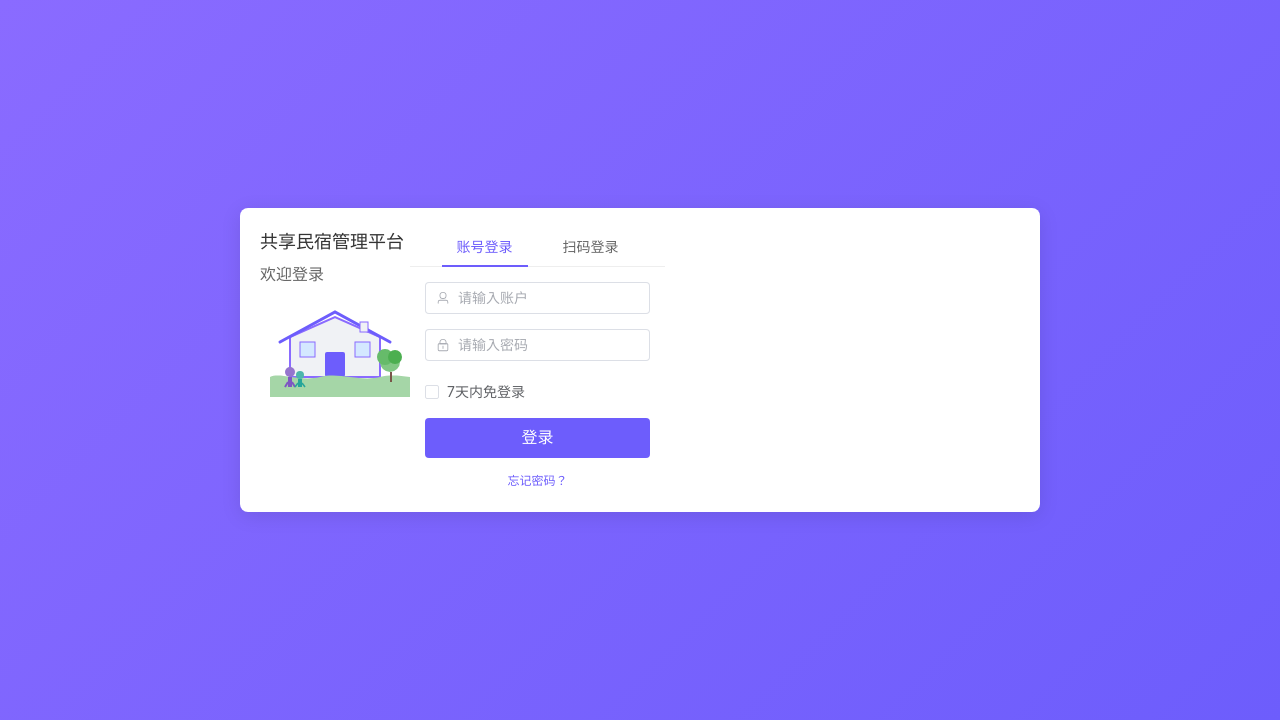
Repository: wuyuwuqi/admin_front
Page: /
An editor plug-in stored every save of this project. The page is shown before and after the next save, followed by the edit.
The browser window is 1280 px wide. The pictures show the whole page.
The project was rebuilt for these pictures with package versions that can differ from the ones it lists, and the page was loaded fresh each time. Also part of the build but not shown: vite.config.js, src/components/HelloWorld.vue, src/components/WelcomeItem.vue, src/components/icons/IconDocumentation.vue, src/components/icons/IconTooling.vue, src/components/icons/IconEcosystem.vue, src/components/icons/IconCommunity.vue, src/components/icons/IconSupport.vue and 1 more.

Above is the page before, as saved 2025-03-25 19:34:57.

### index.html
<!DOCTYPE html>
<html lang="">
  <head>
    <meta charset="UTF-8">
    <link rel="icon" href="/favicon.ico">
    <meta name="viewport" content="width=device-width, initial-scale=1.0">
    <title>共享民宿管理系统</title>
  </head>
  <body>
    <div id="app"></div>
    <script type="module" src="/src/main.js"></script>
  </body>
</html>

### src/main.js
import './assets/main.css'

import 'element-plus/dist/index.css'
import * as ElementPlusIconsVue from '@element-plus/icons-vue'

import { createApp } from 'vue'
import App from './App.vue'
import router from './router'

const app = createApp(App)

// 注册图标
for (const [key, component] of Object.entries(ElementPlusIconsVue)) {
    app.component(key, component)
}

app.use(router)
app.mount('#app')

### src/components/layout/AdminLayout.vue
<template>
  <div class="admin-layout">
    <!-- 左侧导航栏 -->
    <div class="sidebar">
      <div class="logo-container">
        <h2 class="logo-text">共享民宿管理后台</h2>
      </div>
      <el-menu
        class="sidebar-menu"
        background-color="#304156"
        text-color="#fff"
        active-text-color="#409EFF"
        :default-active="activeMenu"
        router
      >
        <el-menu-item index="/">
          <el-icon><HomeFilled /></el-icon>
          <span>首页</span>
        </el-menu-item>
        <el-menu-item index="/order">
          <el-icon><Tickets /></el-icon>
          <span>订单管理</span>
        </el-menu-item>
        <el-menu-item index="/house">
          <el-icon><House /></el-icon>
          <span>民宿管理</span>
        </el-menu-item>
        <el-menu-item index="/finance">
          <el-icon><Money /></el-icon>
          <span>财务管理</span>
        </el-menu-item>
        <el-menu-item index="/user">
          <el-icon><User /></el-icon>
          <span>用户管理</span>
        </el-menu-item>
        <el-menu-item index="/setting">
          <el-icon><Setting /></el-icon>
          <span>系统设置</span>
        </el-menu-item>
      </el-menu>
    </div>

    <!-- 右侧内容区 -->
    <div class="main-content">
      <!-- 顶部导航栏 -->
      <div class="header">
        <div class="toggle-sidebar">
          <el-icon><Fold /></el-icon>
        </div>
        <div class="header-right">
          <el-dropdown>
            <span class="user-info">
              <el-avatar :size="32" :icon="UserFilled" />
              <span>{{ username }}</span>
            </span>
            <template #dropdown>
              <el-dropdown-menu>
                <el-dropdown-item>个人信息</el-dropdown-item>
                <el-dropdown-item>修改密码</el-dropdown-item>
                <el-dropdown-item divided @click="handleLogout">退出登录</el-dropdown-item>
              </el-dropdown-menu>
            </template>
          </el-dropdown>
        </div>
      </div>

      <!-- 内容区域 -->
      <div class="content">
        <slot></slot>
      </div>
    </div>
  </div>
</template>

<script setup>
import { ref } from 'vue'
import { useRouter } from 'vue-router'
import { HomeFilled, Tickets, House, Money, User, Setting, Fold, UserFilled } from '@element-plus/icons-vue'

const router = useRouter()
const activeMenu = ref('/')
const username = ref('admin')

const handleLogout = () => {
  // 清除登录状态
  localStorage.removeItem('isAuthenticated')
  // 跳转到登录页
  router.push('/login')
}
</script>

<style scoped>
.admin-layout {
  display: flex;
  height: 100vh;
  width: 100%;
  overflow: hidden;
}

.sidebar {
  width: 220px;
  height: 100%;
  background-color: #304156;
  transition: width 0.3s;
  overflow-y: auto;
}

.logo-container {
  height: 60px;
  display: flex;
  align-items: center;
  justify-content: center;
  color: #fff;
  border-bottom: 1px solid #1f2d3d;
}

.logo-text {
  margin: 0;
  font-size: 16px;
  font-weight: bold;
}

.sidebar-menu {
  border-right: none;
}

.main-content {
  flex: 1;
  display: flex;
  flex-direction: column;
  overflow: hidden;
}

.header {
  height: 60px;
  background-color: #fff;
  box-shadow: 0 1px 4px rgba(0, 21, 41, 0.08);
  display: flex;
  align-items: center;
  justify-content: space-between;
  padding: 0 20px;
}

.toggle-sidebar {
  font-size: 20px;
  cursor: pointer;
}

.header-right {
  display: flex;
  align-items: center;
}

.user-info {
  display: flex;
  align-items: center;
  cursor: pointer;
}

.user-info span {
  margin-left: 8px;
}

.content {
  flex: 1;
  padding: 20px;
  overflow-y: auto;
  background-color: #f0f2f5;
}
</style>

### src/assets/main.css
@import './base.css';

#app {
  width: 100%;
  height: 100%;
  margin: 0;
  padding: 0;
  font-weight: normal;
}

a,
.green {
  text-decoration: none;
  color: hsla(160, 100%, 37%, 1);
  transition: 0.4s;
  padding: 3px;
}

@media (hover: hover) {
  a:hover {
    background-color: hsla(160, 100%, 37%, 0.2);
  }
}

@media (min-width: 1024px) {
  body {
    display: block;
  }

  #app {
    display: block;
    width: 100%;
    height: 100vh;
    padding: 0;
  }
}

### src/App.vue
<script setup>
import { computed } from 'vue'
import { useRoute } from 'vue-router'
import AdminLayout from './components/layout/AdminLayout.vue'

const route = useRoute()
const isLoginPage = computed(() => route.name === 'Login')
</script>

<template>
  <!-- 登录页不使用AdminLayout布局 -->
  <template v-if="isLoginPage">
    <router-view />
  </template>
  <AdminLayout v-else>
    <router-view />
  </AdminLayout>
</template>

<style scoped>
header {
  line-height: 1.5;
}

.logo {
  display: block;
  margin: 0 auto 2rem;
}

@media (min-width: 1024px) {
  header {
    display: flex;
    place-items: center;
    padding-right: calc(var(--section-gap) / 2);
  }

  .logo {
    margin: 0 2rem 0 0;
  }

  header .wrapper {
    display: flex;
    place-items: flex-start;
    flex-wrap: wrap;
  }
}
</style>

### src/router/index.js
import { createRouter, createWebHistory } from 'vue-router'

const routes = [
  {
    path: '/login',
    name: 'Login',
    component: () => import('../views/Login.vue'),
    meta: { requiresAuth: false }
  },
  {
    path: '/',
    name: 'Dashboard',
    component: () => import('../views/Dashboard.vue'),
    meta: { requiresAuth: true }
  },
  {
    path: '/order',
    name: 'Order',
    component: () => import('../views/Order.vue'),
    meta: { requiresAuth: true }
  },
  {
    path: '/house',
    name: 'House',
    component: () => import('../views/House.vue'),
    meta: { requiresAuth: true }
  },
  {
    path: '/finance',
    name: 'Finance',
    component: () => import('../views/Finance.vue'),
    meta: { requiresAuth: true }
  },
  {
    path: '/user',
    name: 'User',
    component: () => import('../views/User.vue'),
    meta: { requiresAuth: true }
  },
  {
    path: '/setting',
    name: 'Setting',
    component: () => import('../views/Setting.vue'),
    meta: { requiresAuth: true }
  }
]

const router = createRouter({
  history: createWebHistory(),
  routes
})

// 路由守卫
router.beforeEach((to, from, next) => {
  // 模拟检查是否已登录
  const isAuthenticated = localStorage.getItem('isAuthenticated')

  // 如果路由需要认证且用户未登录，则重定向到登录页
  if (to.meta.requiresAuth && !isAuthenticated) {
    next({ name: 'Login' })
  } else {
    next()
  }
})

export default router

### src/assets/base.css
/* color palette from <https://github.com/vuejs/theme> */
:root {
  --vt-c-white: #ffffff;
  --vt-c-white-soft: #f8f8f8;
  --vt-c-white-mute: #f2f2f2;

  --vt-c-black: #181818;
  --vt-c-black-soft: #222222;
  --vt-c-black-mute: #282828;

  --vt-c-indigo: #2c3e50;

  --vt-c-divider-light-1: rgba(60, 60, 60, 0.29);
  --vt-c-divider-light-2: rgba(60, 60, 60, 0.12);
  --vt-c-divider-dark-1: rgba(84, 84, 84, 0.65);
  --vt-c-divider-dark-2: rgba(84, 84, 84, 0.48);

  --vt-c-text-light-1: var(--vt-c-indigo);
  --vt-c-text-light-2: rgba(60, 60, 60, 0.66);
  --vt-c-text-dark-1: var(--vt-c-white);
  --vt-c-text-dark-2: rgba(235, 235, 235, 0.64);
}

/* semantic color variables for this project */
:root {
  --color-background: var(--vt-c-white);
  --color-background-soft: var(--vt-c-white-soft);
  --color-background-mute: var(--vt-c-white-mute);

  --color-border: var(--vt-c-divider-light-2);
  --color-border-hover: var(--vt-c-divider-light-1);

  --color-heading: var(--vt-c-text-light-1);
  --color-text: var(--vt-c-text-light-1);

  --section-gap: 160px;
}

@media (prefers-color-scheme: dark) {
  :root {
    --color-background: var(--vt-c-black);
    --color-background-soft: var(--vt-c-black-soft);
    --color-background-mute: var(--vt-c-black-mute);

    --color-border: var(--vt-c-divider-dark-2);
    --color-border-hover: var(--vt-c-divider-dark-1);

    --color-heading: var(--vt-c-text-dark-1);
    --color-text: var(--vt-c-text-dark-2);
  }
}

*,
*::before,
*::after {
  box-sizing: border-box;
  margin: 0;
  font-weight: normal;
}

html {
  height: 100%;
  width: 100%;
  overflow: hidden;
}

body {
  min-height: 100vh;
  width: 100%;
  height: 100%;
  margin: 0;
  padding: 0;
  color: var(--color-text);
  background: var(--color-background);
  transition:
    color 0.5s,
    background-color 0.5s;
  line-height: 1.6;
  font-family:
    Inter,
    -apple-system,
    BlinkMacSystemFont,
    'Segoe UI',
    Roboto,
    Oxygen,
    Ubuntu,
    Cantarell,
    'Fira Sans',
    'Droid Sans',
    'Helvetica Neue',
    sans-serif;
  font-size: 15px;
  text-rendering: optimizeLegibility;
  -webkit-font-smoothing: antialiased;
  -moz-osx-font-smoothing: grayscale;
  overflow: hidden;
}

### src/views/Login.vue
<template>
  <div class="login-container">
    <div class="login-card">
      <!-- 左侧区域：平台名称和图片 -->
      <div class="left-section">
        <div class="login-header">
          <h2>共享民宿管理平台</h2>
        </div>

        <div class="welcome-section">
          <p>欢迎登录</p>
        </div>

        <div class="house-image">
          <img src="/src/assets/house-illustration-new.svg" alt="民宿插图" />
        </div>
      </div>

      <!-- 右侧区域：登录表单 -->
      <div class="right-section">
        <div class="login-tabs">
          <div class="tab" :class="{ 'active': activeTab === 'account' }" @click="activeTab = 'account'">
            账号登录
          </div>
          <div class="tab" :class="{ 'active': activeTab === 'qrcode' }" @click="activeTab = 'qrcode'">
            扫码登录
          </div>
        </div>

        <div class="login-form" v-if="activeTab === 'account'">
          <div class="form-item">
            <el-input
              v-model="loginForm.username"
              placeholder="请输入账户"
              prefix-icon="User"
            />
          </div>

          <div class="form-item">
            <el-input
              v-model="loginForm.password"
              type="password"
              placeholder="请输入密码"
              prefix-icon="Lock"
              show-password
            />
          </div>

          <div class="form-item remember">
            <el-checkbox v-model="loginForm.remember">7天内免登录</el-checkbox>
          </div>

          <el-button type="primary" class="login-button" @click="handleLogin">登录</el-button>

          <div class="login-footer">
            <a href="#">忘记密码？</a>
          </div>
        </div>

        <div class="qrcode-container" v-if="activeTab === 'qrcode'">
          <div class="qrcode-placeholder">
            <el-icon><Picture /></el-icon>
            <p>请扫码登录</p>
          </div>
        </div>
      </div>
    </div>
  </div>
</template>

<script setup>
import { ref } from 'vue'
import { useRouter } from 'vue-router'
import { Picture } from '@element-plus/icons-vue'

const router = useRouter()
const activeTab = ref('account')

const loginForm = ref({
  username: '',
  password: '',
  remember: false
})

const handleLogin = () => {
  // 这里添加登录逻辑
  // 模拟登录成功
  if (loginForm.value.username && loginForm.value.password) {
    // 实际项目中应该调用API进行身份验证
    localStorage.setItem('isAuthenticated', 'true')

    // 如果选择了记住登录，设置7天的过期时间
    if (loginForm.value.remember) {
      const expiryDate = new Date()
      expiryDate.setDate(expiryDate.getDate() + 7)
      localStorage.setItem('authExpiry', expiryDate.toString())
    }

    router.push('/')
  }
}
</script>

<style scoped>
.login-container {
  display: flex;
  justify-content: center;
  align-items: center;
  height: 100vh;
  width: 100vw;
  background: linear-gradient(135deg, #8a6bff 0%, #6d5dfc 100%);
  overflow: hidden;
}

.login-card {
  width: 800px;
  background-color: #fff;
  border-radius: 8px;
  box-shadow: 0 4px 20px rgba(0, 0, 0, 0.1);
  padding: 20px;
  display: flex;
  position: relative;
}

.login-header {
  margin-bottom: 5px;
}

.login-header h2 {
  font-size: 18px;
  color: #333;
  margin-bottom: 0;
  font-weight: 500;
}

.welcome-section {
  margin-bottom: 10px;
}

.welcome-section p {
  font-size: 16px;
  color: #666;
  margin: 0;
}

.house-image {
  margin: 10px auto;
  width: 150px;
  height: 120px;
}

.login-tabs {
  display: flex;
  justify-content: center;
  margin-bottom: 15px;
  border-bottom: 1px solid #eee;
}

.tab {
  padding: 8px 15px;
  margin: 0 10px;
  cursor: pointer;
  position: relative;
  color: #666;
  font-size: 14px;
}

.tab.active {
  color: #6d5dfc;
  font-weight: 500;
}

.tab.active::after {
  content: '';
  position: absolute;
  bottom: -1px;
  left: 0;
  width: 100%;
  height: 2px;
  background-color: #6d5dfc;
}

.login-form {
  text-align: left;
  padding: 0 15px;
}

.form-item {
  margin-bottom: 15px;
}

.remember {
  display: flex;
  align-items: center;
  margin-bottom: 10px;
}

.login-button {
  width: 100%;
  height: 40px;
  font-size: 16px;
  background-color: #6d5dfc;
  border: none;
  border-radius: 4px;
}

.login-button:hover {
  background-color: #5a4ae3;
}

.login-footer {
  margin-top: 10px;
  text-align: center;
}

.login-footer a {
  color: #6d5dfc;
  text-decoration: none;
  font-size: 12px;
}

.qrcode-container {
  padding: 20px 15px;
  display: flex;
  justify-content: center;
  align-items: center;
}

.qrcode-placeholder {
  width: 180px;
  height: 180px;
  border: 1px dashed #ddd;
  display: flex;
  flex-direction: column;
  justify-content: center;
  align-items: center;
  color: #999;
}

.qrcode-placeholder .el-icon {
  font-size: 40px;
  margin-bottom: 10px;
}

/* 响应式调整 */
@media (max-width: 480px) {
  .login-card {
    width: 90%;
    max-width: 380px;
  }
}
</style>

After the next save:
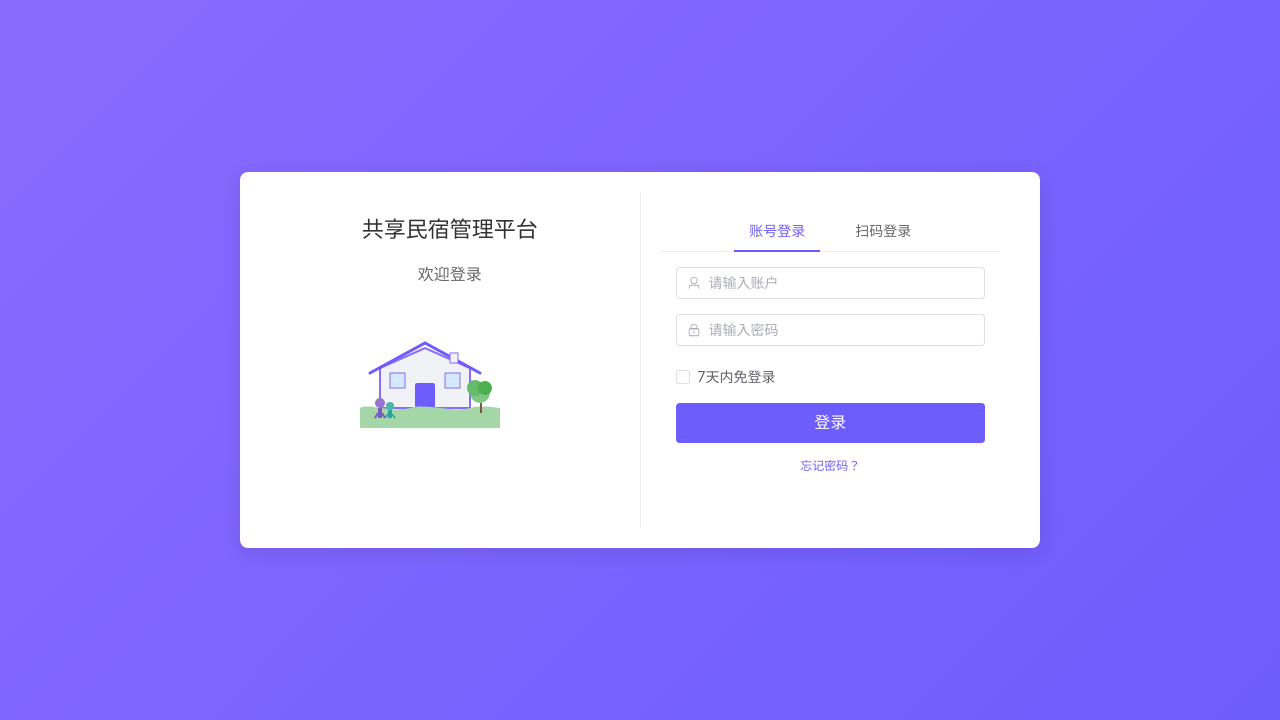
Saved 10 s later.
--- a/src/views/Login.vue
+++ b/src/views/Login.vue
@@ -122,19 +122,36 @@ const handleLogin = () => {
   position: relative;
 }
 
+.left-section {
+  flex: 1;
+  display: flex;
+  flex-direction: column;
+  justify-content: center;
+  align-items: center;
+  padding: 20px;
+  border-right: 1px solid #eee;
+}
+
+.right-section {
+  flex: 1;
+  padding: 20px;
+}
+
 .login-header {
-  margin-bottom: 5px;
+  margin-bottom: 15px;
+  text-align: center;
 }
 
 .login-header h2 {
-  font-size: 18px;
+  font-size: 22px;
   color: #333;
   margin-bottom: 0;
   font-weight: 500;
 }
 
 .welcome-section {
-  margin-bottom: 10px;
+  margin-bottom: 20px;
+  text-align: center;
 }
 
 .welcome-section p {
@@ -144,9 +161,9 @@ const handleLogin = () => {
 }
 
 .house-image {
-  margin: 10px auto;
-  width: 150px;
-  height: 120px;
+  margin: 20px auto;
+  width: 200px;
+  height: 160px;
 }
 
 .login-tabs {
